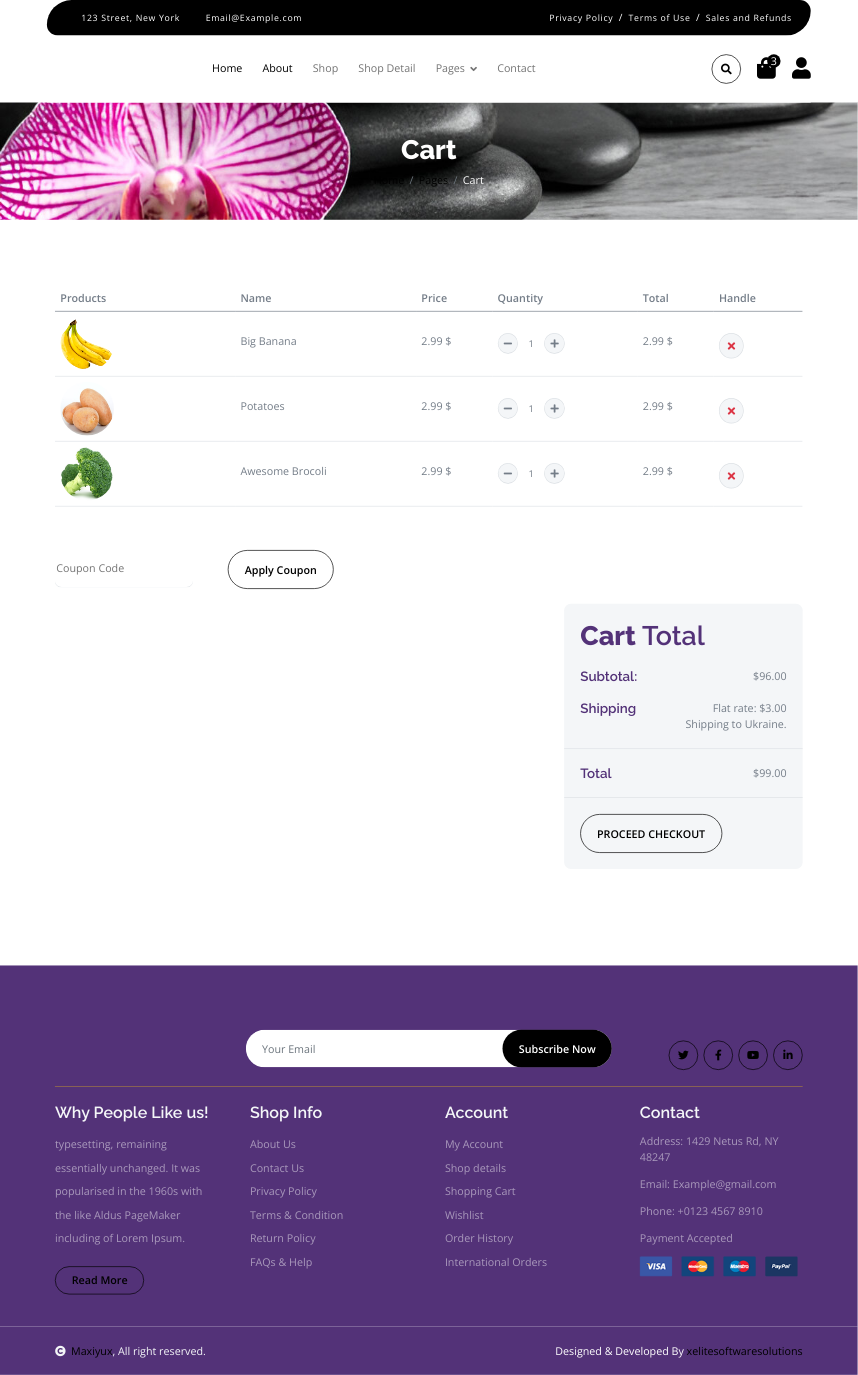
Repository: ChristhurasaRoshan/Maxiyux-New
Page: cart.html
These files come from the project's save history. The page is drawn as it stood at one moment and after a run of saves; the edit follows.
The browser window is 1280 px wide. The pictures show the whole page, at 67% of full size.
Some web libraries are served in a nearby version.

Above is the page before, as saved 2024-10-07 14:02:29.

After the next 3 saves:
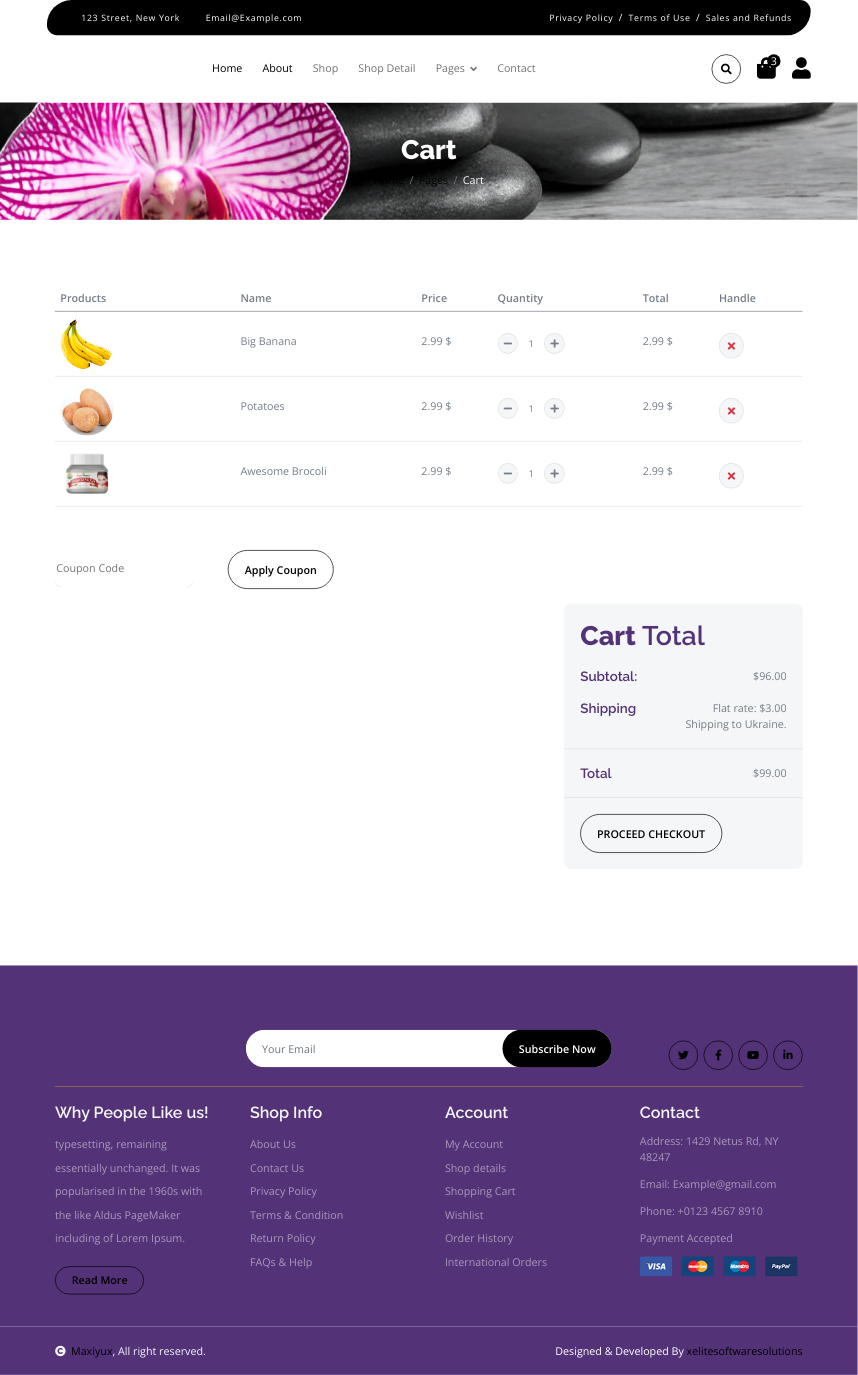
The 3 saves are shown as one change because they came seconds apart.
The last was saved 30 h 51 min later.
--- a/cart.html
+++ b/cart.html
@@ -217,7 +217,7 @@
                             <tr>
                                 <th scope="row">
                                     <div class="d-flex align-items-center">
-                                        <img src="img/vegetable-item-2.jpg" class="img-fluid me-5 rounded-circle" style="width: 80px; height: 80px;" alt="" alt="">
+                                        <img src="img/ayurvehic-products/facepack/swarna.webp" class="img-fluid me-5 rounded-circle" style="width: 80px; height: 80px;" alt="" alt="">
                                     </div>
                                 </th>
                                 <td>
